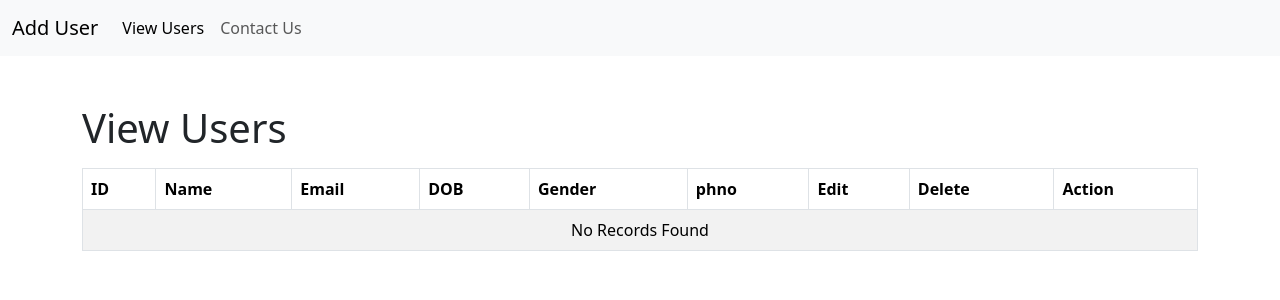
Repository: Parvezi9ahmad/01-MIniProject
Page: http://localhost/view-users
The author's editor kept a copy of each file at every save. The page is drawn from the files as they stood at one save, then again after the next save.
The browser window is 1280 px wide. The pictures show the whole page.
The page is this project's Thymeleaf template; nobody is signed in. The template is opened directly, without the code that normally fills it, so the values that code supplies are empty.

Above is the page before, as saved 2023-12-20 11:04:06.

After the next save:
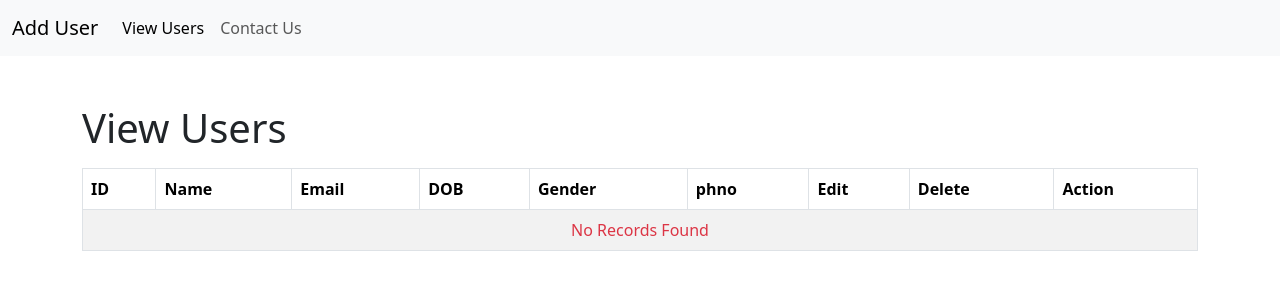
Saved 42 s later.
--- a/01-Mini-Project-User-Mgmt-App/src/main/resources/templates/view-users.html
+++ b/01-Mini-Project-User-Mgmt-App/src/main/resources/templates/view-users.html
@@ -71,7 +71,7 @@
 					</span>
 					<div th:if="${users==null or users.isEmpty()}"></div>
 				</tr>
-				<td colspan="9" align="center">No Records Found</td>
+				<td colspan="9" align="center" class="text-danger">No Records Found</td>
 				</tr>
 			</tbody>
 		</table>
